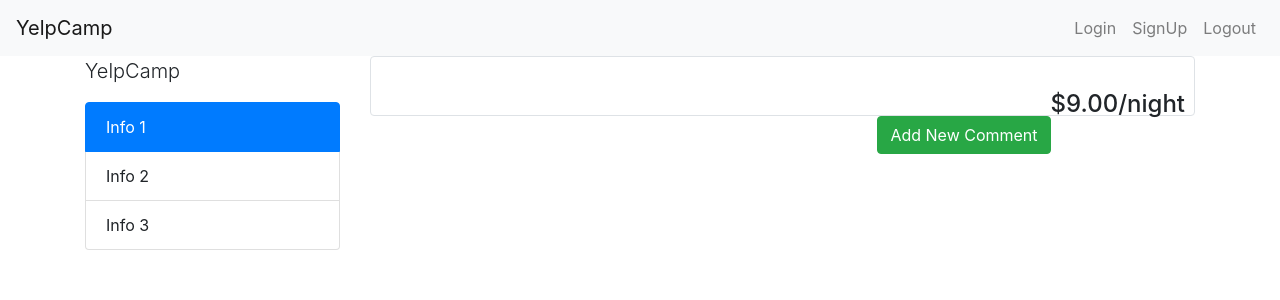
Repository: ninad1999/Yelp-Camp
Page: V5/views/campgrounds/show.ejs
The author's editor kept a record of every edit. The page is drawn from the files as they stood at one moment, then again after the next edit.
The browser window is 1280 px wide. The pictures show the whole page.
The page is served by the project's Node server (V5/app.js). Other server files are loaded and not shown. The template is opened directly, without the code that normally fills it, so the values that code supplies are empty.

Above is the page before.

### workspace/V5/views/campgrounds/show.ejs
<% include ../partials/header %>

<div class="container">
    <div class="row">
        <div class="col-md-3">
            <p class="lead">YelpCamp</p>
            <div class="list-group">
                <li class="list-group-item active">Info 1</li>
                <li class="list-group-item">Info 2</li>
                <li class="list-group-item">Info 3</li>
            </div>
        </div>
        <div class="col-md-9">

            <div class="img-thumbnail">
                 <img class="img-fluid" src="<%= campground.image %>">
                 <div class="caption-full">
                     <h4 class="float-right">$9.00/night</h4>
                     <h4><a href="#"><%= campground.name %></a></h4>
                     <p><%= campground.description %></p>
                 </div>
            </div>
            <div class="well">
                <div class="text-right">
                    <a class="btn btn-success" href="/campgrounds/<%= campground._id %>/comments/new">Add New Comment</a>
                </div>
            </div>
            <p>

            </p>

            <% campground.comments.forEach(function(comment) { %>
                <p>
                    <strong><%= comment.author %></strong> - <%= comment.text %>
                </p>
            <% }); %>
        </div>
    </div>
</div>



<% include ../partials/footer %>

### workspace/V5/views/partials/header.ejs
<!DOCTYPE html>
<html>
    <head>
        <title>YelpCamp</title>
        <link rel="stylesheet" href="https://stackpath.bootstrapcdn.com/bootstrap/4.1.3/css/bootstrap.min.css">
        <link rel="stylesheet" href="/stylesheets/main.css">
    </head>
    <body>
        <nav class="navbar navbar-expand-lg navbar-light bg-light">
          <a class="navbar-brand" href="\">YelpCamp</a>
          <button class="navbar-toggler" type="button" data-toggle="collapse" data-target="#navbarSupportedContent" aria-controls="navbarSupportedContent" aria-expanded="false" aria-label="Toggle navigation">
            <span class="navbar-toggler-icon"></span>
          </button>

          <div class="collapse navbar-collapse" id="navbarSupportedContent">
            <ul class="navbar-nav mr-auto">
            </ul>
            <ul class="navbar-nav navbar-right">
                <li class="nav-item">
                    <a class="nav-link" href="#">Login</a>
                </li>
                <li class="nav-item">
                    <a class="nav-link" href="#">SignUp</a>
                </li>
                <li class="nav-item">
                    <a class="nav-link" href="#">Logout</a>
                </li>
            </ul>
          </div>
        </nav>

### workspace/V5/app.js
var express = require("express")
var app = express();
var bodyParser = require("body-parser");
var mongoose = require("mongoose");
var Campground = require("./models/campground.js");
var Comment = require("./models/comment.js");
var seedDB = require("./seed");

mongoose.connect("mongodb://localhost:27017/yelp_camp", { useNewUrlParser: true });
app.use(bodyParser.urlencoded({extended: true}));
app.use(express.static(__dirname + "/public"));
console.log(__dirname); // __dirname: /home/ubuntu/workspace/V5
app.set("view engine", "ejs");
seedDB();

app.get("/", function(req, res) {
   res.render("landing");
});

// to diplay all the campgrounds
app.get("/campgrounds", function(req, res) {
    // get all campgrounds from DB
    Campground.find({}, function(err, allCampgrounds) {
        if (err) {
            console.log(err);
        } else {
            res.render("campgrounds/index", {campgrounds: allCampgrounds});
        }
    });
});

// post route where you can create a new campgrounds
app.post("/campgrounds", function(req, res) {
   var name = req.body.name;
   var image = req.body.image;
   var desc = req.body.description;
   var newCampground = {name:name, image:image, description: desc};
   Campground.create(newCampground, function(err, newAdded) {
       if (err) {
           console.log(err);
       } else {
           res.redirect("/campgrounds");
       }
   });
});

// this route should show the route that will send the data to the post route
app.get("/campgrounds/new", function(req, res) {
    res.render("campgrounds/new");
});

// this is the showpage route
app.get("/campgrounds/:id", function(req, res) {  // comments have been referenced to posts, hence to add them to the comments array, first populate them and execute
    Campground.findById(req.params.id).populate("comments").exec(function(err, foundCampground) { // populating the comments array on the Campground collection
        if (err) {
            console.log(err);
        } else {
            res.render("campgrounds/show", {campground: foundCampground});
        }
    });
});


// =====================
// COMMENT ROUTES
// =====================

app.get("/campgrounds/:id/comments/new", function(req, res) {
    // find campground
    Campground.findById(req.params.id, function(err, campground) {
       if (err) {
           console.log(err);
       } else {
           res.render("comments/new", {campground: campground});
       }
    });
});

app.post("/campgrounds/:id/comments", function(req, res) {
   // find campground by id
   Campground.findById(req.params.id, function(err, campground) {
      if (err) {
          console.log(err);
          res.redirect("/campgrounds");
      } else {

          //create new comment
          Comment.create(req.body.comment, function(err, comment) {
              if (err) {
                  console.log(err);
              } else {

                  // connect comment to campground
                  campground.comments.push(comment);
                  campground.save();

                  // redirect campground show page
                  res.redirect("/campgrounds/" + campground._id);
              }
          })
      }
   });
});

app.listen(process.env.PORT, process.env.IP, function() {
    console.log("The YelpCamp server has started!");
});

### workspace/V5/public/stylesheets/main.css
.img-thumbnail img {
    width: 100%;
}

.img-thumbnail {
    padding: 0;
}

.img-thumbnail .caption-full {
    padding:9px;
}

Loaded but not shown: workspace/V5/views/partials/footer.ejs (common file)

After the next edit:
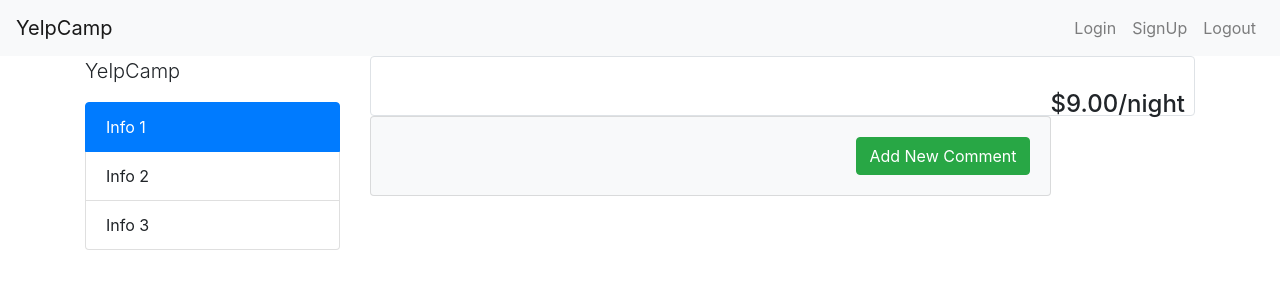
The edit:
--- a/workspace/V5/views/campgrounds/show.ejs
+++ b/workspace/V5/views/campgrounds/show.ejs
@@ -20,7 +20,7 @@
                      <p><%= campground.description %></p>
                  </div>
             </div>
-            <div class="well">
+            <div class="card card-body bg-light top-buffer">
                 <div class="text-right">
                     <a class="btn btn-success" href="/campgrounds/<%= campground._id %>/comments/new">Add New Comment</a>
                 </div>
